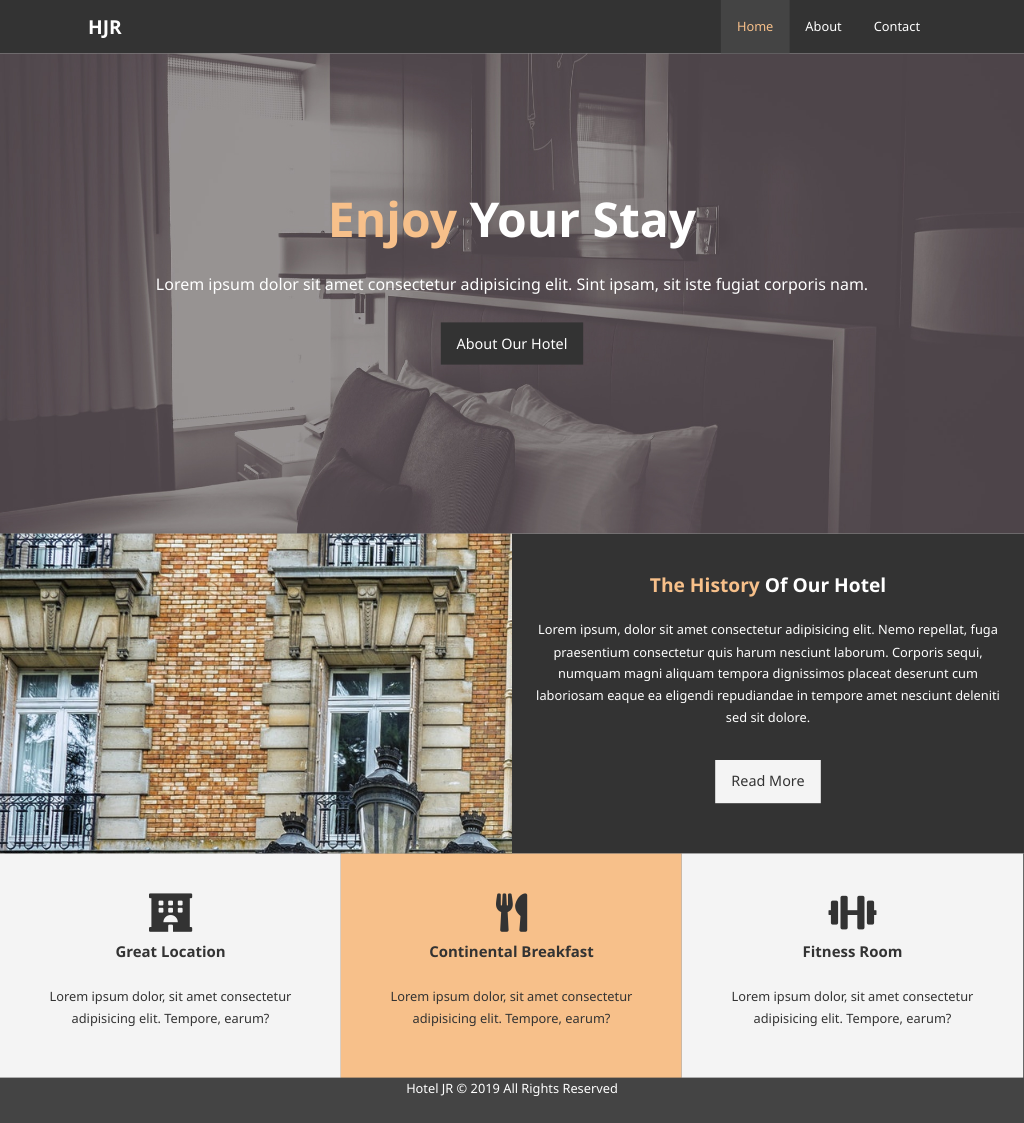
Repository: dimlutine/Hotel-Project
Page: index.html
An editor plug-in stored every save of this project. The page is shown before and after the next save, followed by the edit.
The browser window is 1280 px wide. The pictures show the whole page, at 80% of full size.
Some web libraries are served in a nearby version.

Above is the page before, as saved 2019-07-05 22:39:18.

After the next save:
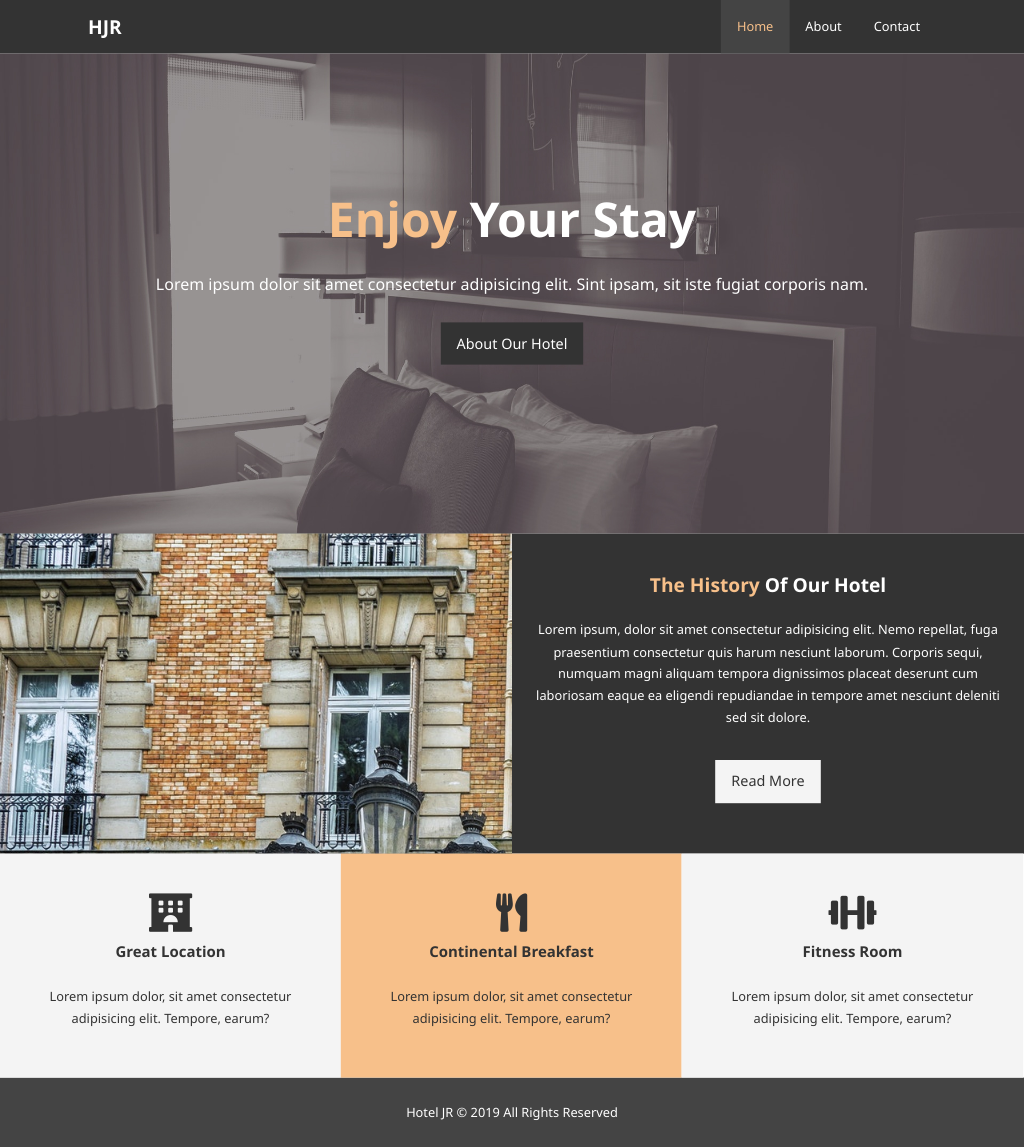
Saved 11 s later.
--- a/index.html
+++ b/index.html
@@ -65,6 +65,7 @@
             <p>Lorem ipsum dolor, sit amet consectetur adipisicing elit. Tempore, earum?</p>
         </div>
     </section>
+    <div class="clr"></div>
     <footer id="main-footer">
         <p>Hotel JR &copy; 2019 All Rights Reserved</p>
     </footer>
